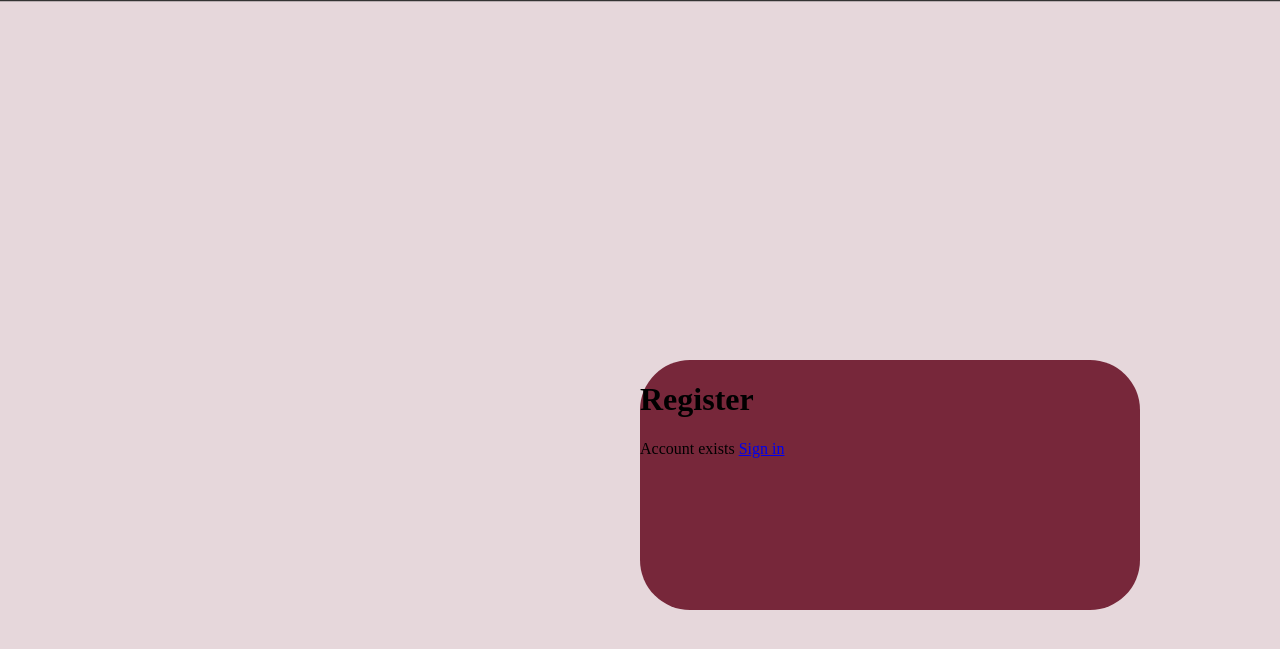
Repository: Kotya2001/FuzzyOps-App
Page: /register (app in frontend/my-app/)
These files come from the project's save history. The page is drawn as it stood at one moment and after the next save; the edit follows.
The browser window is 1280 px wide. The pictures show the whole page.
The project was rebuilt for these pictures with package versions that can differ from the ones it lists, and the page was loaded fresh each time. Also part of the build but not shown: frontend/my-app/src/pages/Item.js, frontend/my-app/src/pages/Base.js, frontend/my-app/src/pages/Login.js, frontend/my-app/src/pages/Resources.js.

Above is the page before, as saved 2022-09-18 17:32:42.

After the next save:
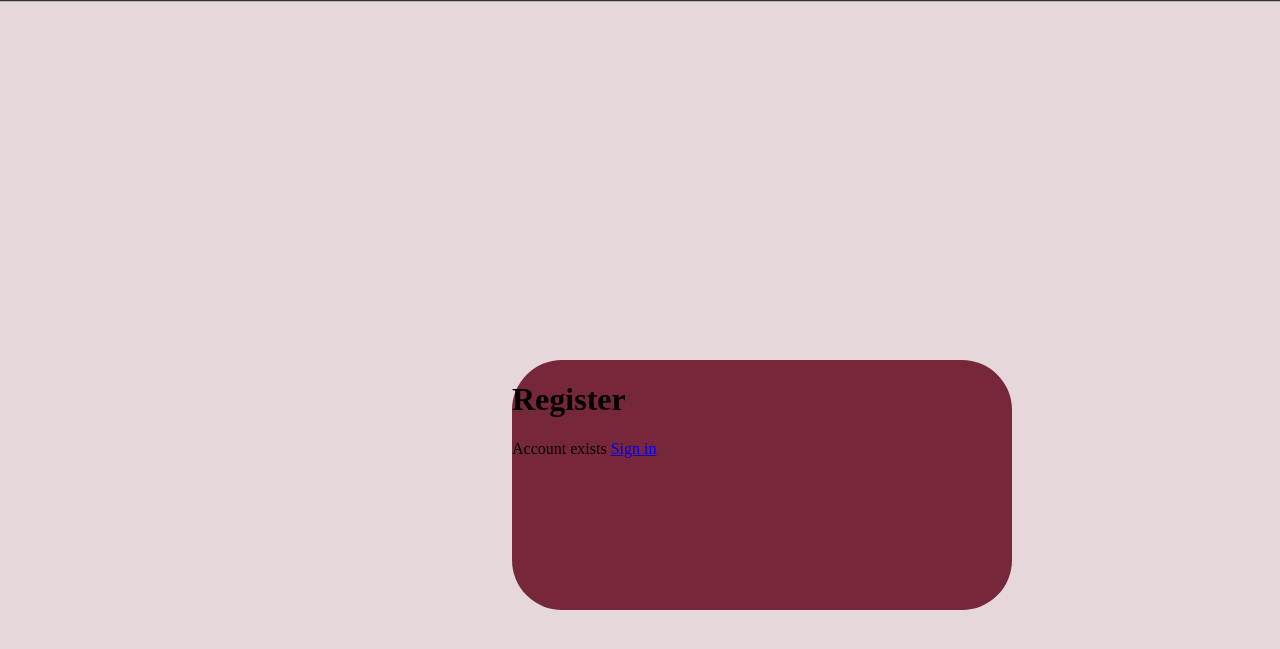
Saved 18 s later.
--- a/frontend/my-app/src/Styles.css
+++ b/frontend/my-app/src/Styles.css
@@ -103,7 +103,7 @@ body {
   height: 250px;
   border-radius: 50px;
   position: absolute;
-  left: 50%;
+  left: 40%;
   top: 50%;
 }
 
